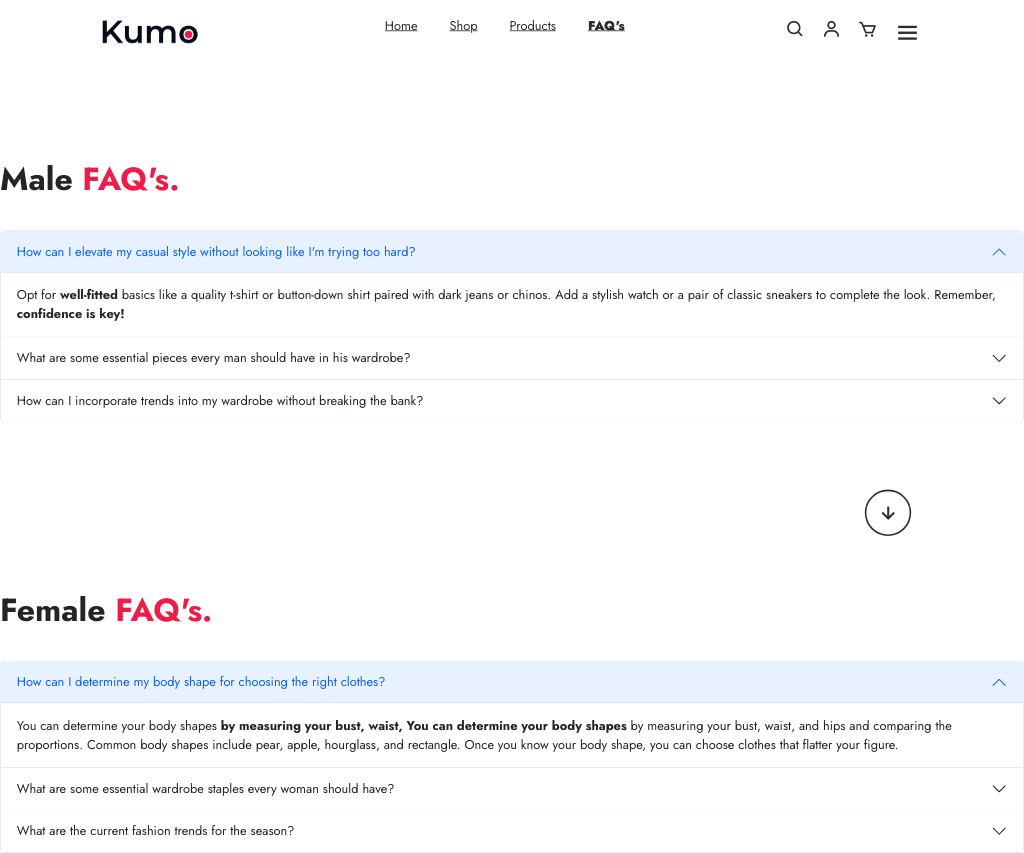
Repository: isaacCodes1/Kumo-Website.
Page: Questions.html
These files come from the project's save history. The page is drawn as it stood at one moment and after the next save; the edit follows.
The browser window is 1280 px wide. The pictures show the whole page, at 80% of full size.

Above is the page before, as saved 2024-03-26 11:08:11.

After the next save:
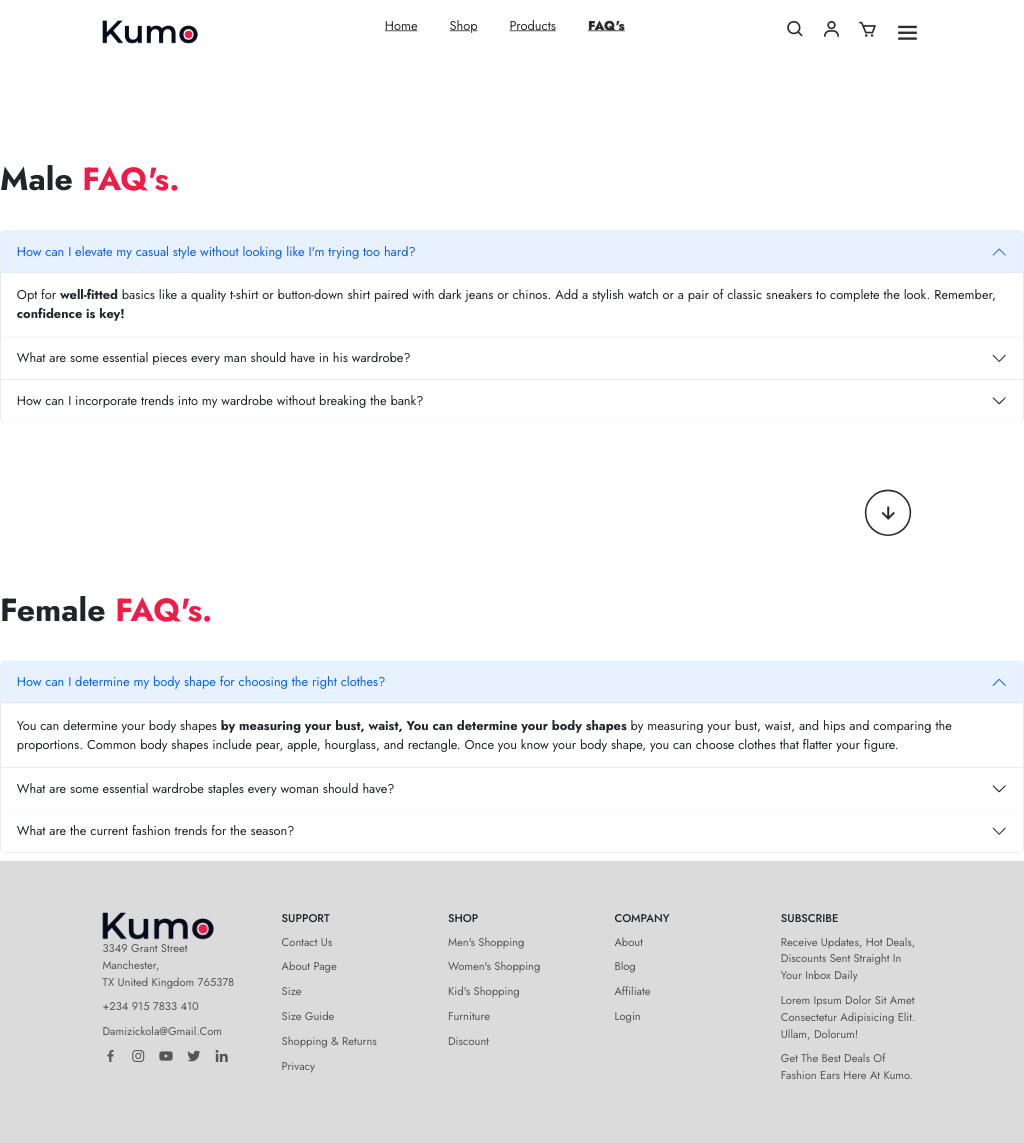
Saved 82 s later.
--- a/Questions.html
+++ b/Questions.html
@@ -244,6 +244,68 @@
         </div>
       </div>
     </div>
+    <section class="contact">
+      <div class="contact-info" id="contact-info">
+        <div class="first-info">
+          <img src="/Assets/logo.png" alt="" />
+          <p>3349 Grant street Manchester, <br />TX United kingdom 765378</p>
+          <p>+234 915 7833 410</p>
+          <a href="https://mail.google.com/mail/u/0/#inbox"
+            ><p>damizickola@gmail.com</p></a
+          >
+
+          <div class="social-icon">
+            <a href="https://www.facebook.com/profile.php?id=61551880766580"
+              ><i class="bx bxl-facebook"></i
+            ></a>
+            <a href="https://instagram.com"><i class="bx bxl-instagram"></i></a>
+            <a href="https://www.youtube.com/watch?v=FaNTVjATYHQ"
+              ><i class="bx bxl-youtube"></i
+            ></a>
+            <a href="#"><i class="bx bxl-twitter"></i></a>
+            <a href="#"><i class="bx bxl-linkedin"></i></a>
+          </div>
+        </div>
+        <div class="second-info">
+          <h4>Support</h4>
+          <p>Contact Us</p>
+          <p>About Page</p>
+          <p>Size</p>
+          <p>Size Guide</p>
+          <p>Shopping & Returns</p>
+          <p>Privacy</p>
+        </div>
+
+        <div class="third-info">
+          <h4>Shop</h4>
+          <p>Men's Shopping</p>
+          <p>Women's Shopping</p>
+          <p>Kid's Shopping</p>
+          <p>Furniture</p>
+          <p>Discount</p>
+        </div>
+        <div class="fourth-info">
+          <h4>Company</h4>
+          <p>About</p>
+          <p>Blog</p>
+          <p>Affiliate</p>
+          <p>Login</p>
+        </div>
+
+        <div class="five">
+          <h4>Subscribe</h4>
+          <p>
+            Receive Updates, Hot Deals, Discounts Sent Straight In your Inbox
+            Daily
+          </p>
+          <p>
+            Lorem ipsum dolor sit amet consectetur adipisicing elit. Ullam,
+            dolorum!
+          </p>
+          <p>Get The Best Deals Of Fashion ears Here At Kumo.</p>
+        </div>
+      </div>
+    </section>
   </body>
   <script src="java.js"></script>
   <script
